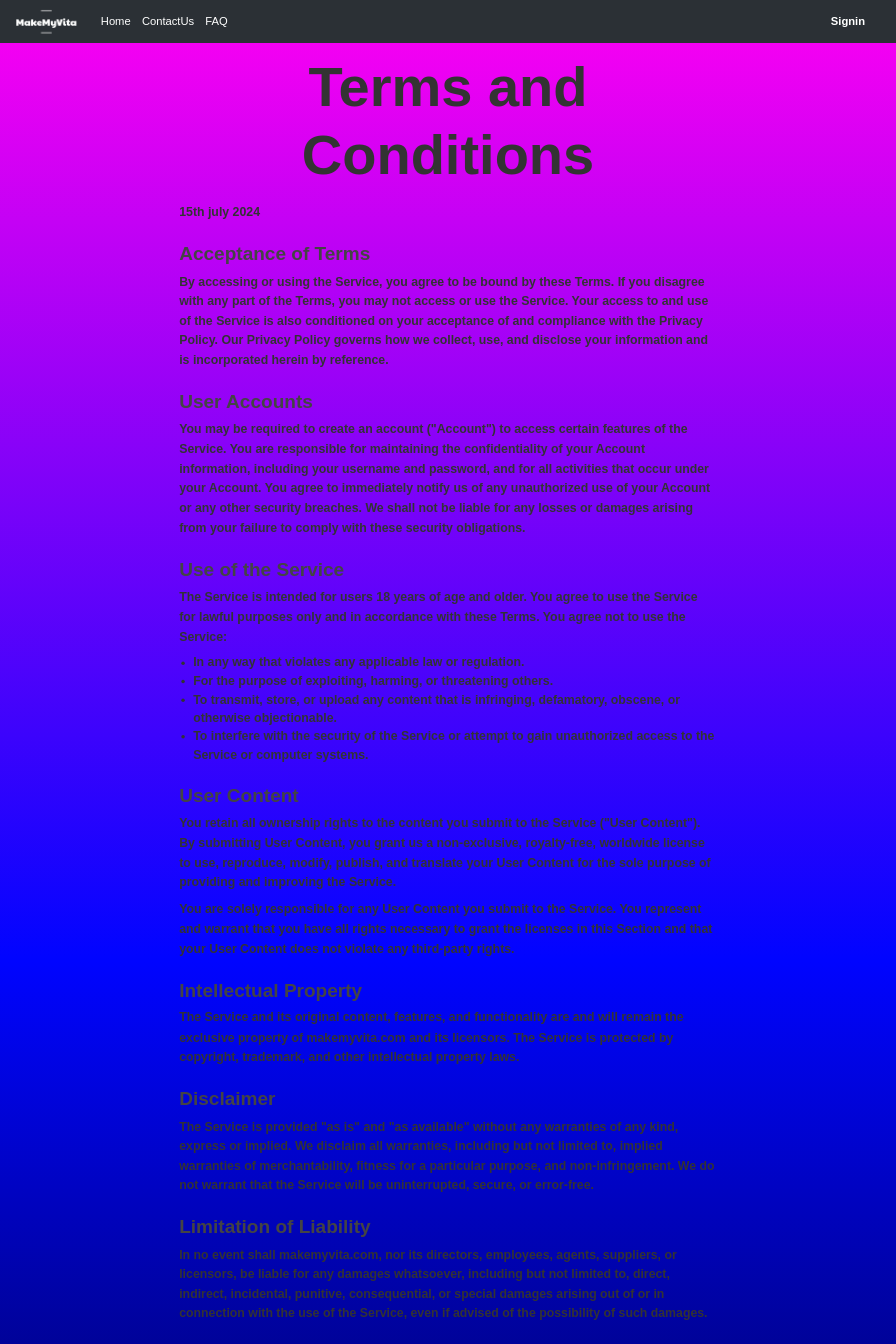
Repository: Tejaakshaykumar/MakeMyVita-Resume-Builder-Website
Page: /T&C (app in frontend/)
An editor plug-in stored every save of this project. The page is shown before and after a run of saves, followed by the edit.
The browser window is 1280 px wide. The pictures show the part of the page from y = 0 to 1920 px (the page is 2936 px tall), at 70% of full size.
Some web libraries are served in a nearby version. The project was rebuilt for these pictures with package versions that can differ from the ones it lists, and the page was loaded fresh each time. Also part of the build but not shown: frontend/src/App.css, frontend/src/containers/About.js, frontend/src/containers/Buildresume.js, frontend/src/containers/Images.js, frontend/src/containers/Features.js, frontend/src/containers/Review.js, frontend/src/containers/Trybox.js, frontend/src/containers/Motionbox.js and 5 more.

Above is the page before, as saved 2024-06-10 11:47:09.

After the next 3 saves:
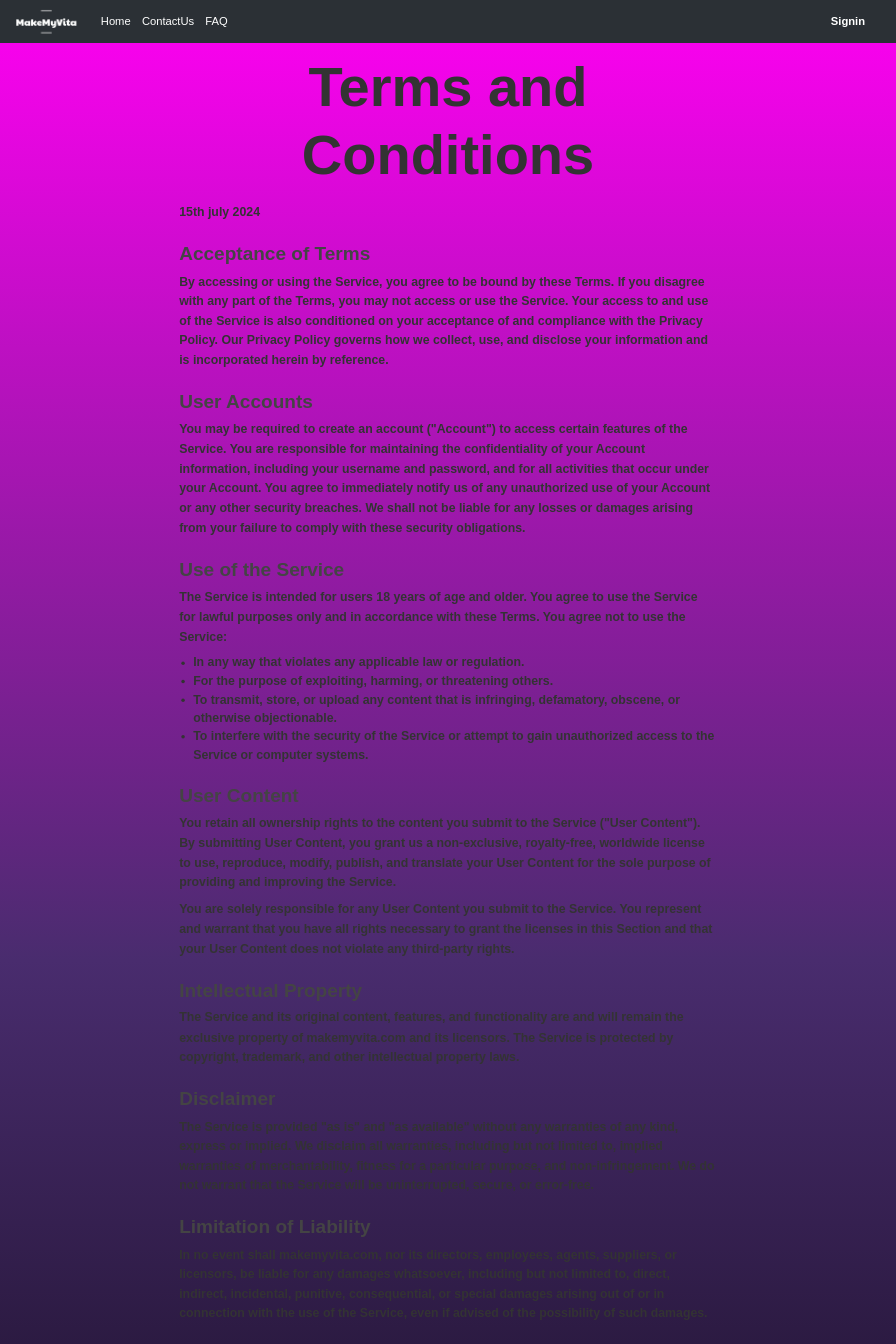
The 3 saves are shown as one change because they came seconds apart.
The last was saved 10 s later.
--- a/frontend/src/pages/pagestyles.css
+++ b/frontend/src/pages/pagestyles.css
@@ -5,7 +5,7 @@
     /* margin: 0 auto; */
     padding: 6% 20%;
     font-family: Arial, sans-serif;
-    background: linear-gradient(to top,rgb(0, 0, 0),rgb(0, 4, 255),rgb(255, 0, 242));
+    background: linear-gradient(to top,rgb(0, 0, 0),rgb(73, 44, 110),rgb(255, 0, 242));
     color: #333;
     /* margin-top: 7%; */
     margin-bottom: -2%;
